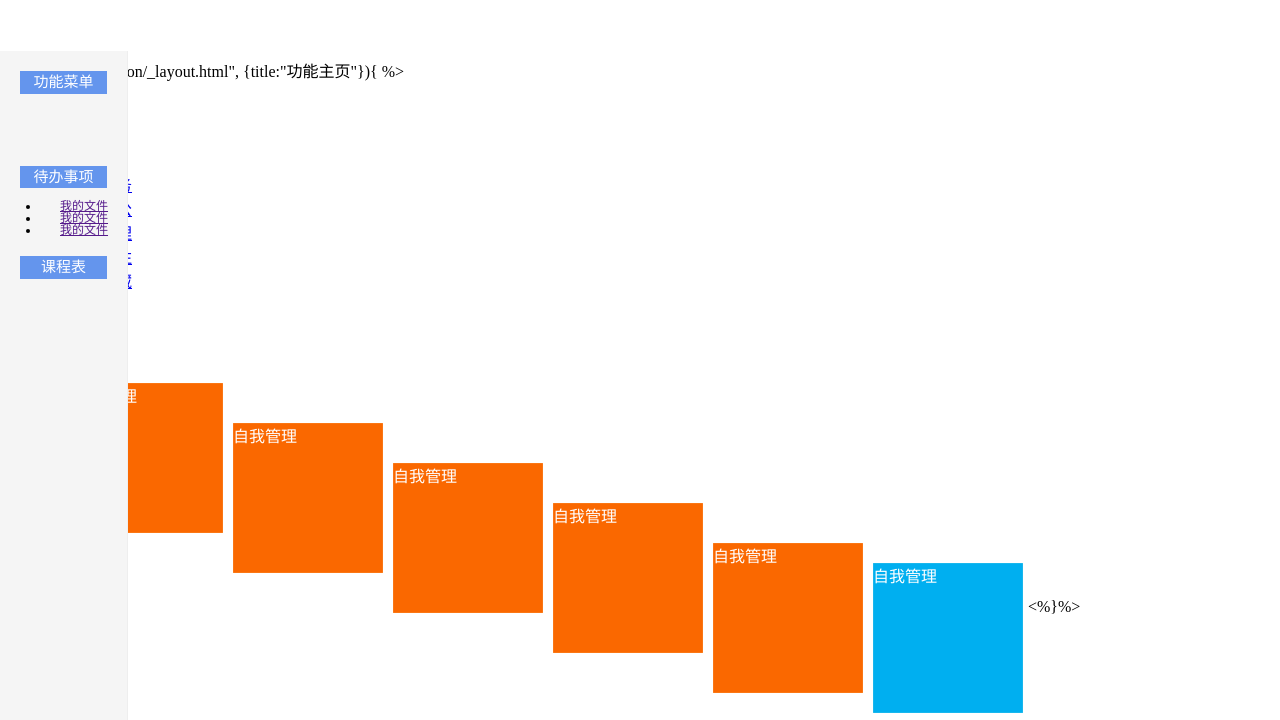
Repository: GaoChengliang/summerTask
Page: Campus_gcl/WebRoot/index/index.html
The author's editor kept a copy of each file at every save. The page is drawn from the files as they stood at one save, then again after the next save.
The browser window is 1280 px wide. The pictures show the whole page.

Above is the page before, as saved 2015-08-14 01:31:04.
Console error: ReferenceError: $ is not defined

### Campus_gcl/WebRoot/index/index.html
<%layout("/common/_layout.html", {title:"功能主页"}){ %>
<link href="/css/index/sub_index.css" rel="stylesheet"/>
<script src="/js/index/index.js"></script>
<div class="container-fluid">
	<div class="row">
        <div id="sidebar" class="col-md-2 sidebar">
      	  <div class="nav nac-sidebar font-style-background-blue">
      	  	  功能菜单
      	  </div>
      	  <br/><br/><br/><br/>
      	   <div class="nav nac-sidebar font-style-background-blue">
      	  	  待办事项
      	  </div>
          <ul class="nav nav-sidebar font-style-li">
            <li><a href="">我的文件</a></li>
            <li><a href="">我的文件</a></li>
            <li><a href="">我的文件</a></li>
          </ul>

           <div class="nav nac-sidebar font-style-background-blue">
      	  	  课程表
      	   </div>

        </div>
        <div class="col-md-10 col-md-offset-2">
        <div class="body-main">
   				<ul id="myTab" class="nav nav-tabs">
					<li class="active">
						<a href="#all" data-toggle="tab">全部</a>
					</li>
					<li>
						<a href="#education" data-toggle="tab">教学教务</a>
					</li>
					<li>
						<a href="#campus_office" data-toggle="tab">校园办公</a>
					</li>
					<li>
						<a href="#system_manage" data-toggle="tab">系统管理</a>
					</li>
					<li>
						<a href="#focus" data-toggle="tab">我的关注</a>
					</li>
					<li>
						<a href="#collection" data-toggle="tab">我的收藏</a>
					</li>
				</ul>
				<div id="myTabContent" class="tab-content">
				<div class="body-main">
					<div class="tab-pane fade in active" id="all">
					<div class="block-main">
						 <div class="tile-square bg-orange fg-white">
              		 		自我管理
        				 </div>
					</div>
					<div class="block-main">
						 <div class="tile-square bg-orange fg-white">
              		 		自我管理
        				 </div>
					</div>
					<div class="block-main">
						 <div class="tile-square bg-orange fg-white">
              		 		自我管理
        				 </div>
					</div>
					<div class="block-main">
						 <div class="tile-square bg-orange fg-white">
              		 		自我管理
        				 </div>
					</div>
					<div class="block-main">
						 <div class="tile-square bg-orange fg-white">
              		 		自我管理
        				 </div>
					</div>
					</div>

					<div class="tab-pane fade" id="education">
						 <div class="tile-square bg-blue fg-white">
              		 		自我管理
        				 </div>
					</div>
				</div>
				</div>
		</div>
        </div>
      </div>
     </div>
<%}%>

### Campus_gcl/WebRoot/css/index/sub_index.css
/*
 * Base structure
 */

/* Move down content because we have a fixed navbar that is 50px tall */
body {
	padding-top: 50px;
	padding-bottom: 20px;
}

/*
 * Global add-ons
 */
.sub-header {
	padding-bottom: 10px;
	border-bottom: 1px solid #eee;
}

/*
 * Top navigation
 * Hide default border to remove 1px line.
 */
.navbar-fixed-top {
	border: 0;
}

/*
 * Sidebar
 */

/* Hide for mobile, show later */
.sidebar {
	display: none;
}

@media ( min-width : 768px) {
	.sidebar {
		position: fixed;
		top: 51px;
		bottom: 0;
		left: 0;
		z-index: 1000;
		display: block;
		padding: 20px;
		overflow-x: hidden;
		overflow-y: auto;
		/* Scrollable contents if viewport is shorter than content. */
		background-color: #f5f5f5;
		border-right: 1px solid #eee;
	}
}

/* Sidebar navigation */
.nav-sidebar {
	margin-right: -21px; /* 20px padding + 1px border */
	margin-bottom: 20px;
	margin-left: -20px;
}

.nav-sidebar>li>a {
	padding-right: 20px;
	padding-left: 20px;
}

.nav-sidebar>.active>a, .nav-sidebar>.active>a:hover, .nav-sidebar>.active>a:focus
	{
	color: #fff;
	background-color: #428bca;
}

/*
 * Main content
 */
.main {
	padding: 20px;
}

@media ( min-width : 768px) {
	.main {
		padding-right: 40px;
		padding-left: 40px;
	}
}

.main .page-header {
	margin-top: 0;
}

/*
 * Placeholder dashboard ideas
 */
.placeholders {
	margin-bottom: 30px;
	text-align: center;
}

.placeholders h4 {
	margin-bottom: 0;
}

.placeholder {
	margin-bottom: 20px;
}

.placeholder img {
	display: inline-block;
	border-radius: 50%;
}

.font-style-big {
	font-size: 20px;
	text-align:center;
	line-height:150%;
	color: #FFF;
	font-family: "SimHei";
}

.font-style-mid {
	font-size: 12px;
	text-align:center;
	line-height:150%;
	color: #FFF;
	font-family: "SimHei";
}

.font-style-small {
	font-size: 10px;
	text-align:center;
	line-height:100%;
	color: #FFF;
}

.font-style-tiny {
	font-size: 8px;
	text-align:center;
	line-height:100%;
	color: #FFF;
}

.font-style-background-blue {
	background:#6495ED;
	font-size: 15px;
	text-align:center;
	line-height:150%;
	color: #FFF;
	font-family: "SimHei";
}

.font-style-li {
	font-size: 12px;
	text-align:center;
	line-height:100%;
}

.body-main{
	padding-top: 50px;
	padding-bottom: 20px;
	padding-left: 20px;
	padding-right: 20px;
}

.block-main{
	padding-top: 20px;
	padding-bottom: 20px;
	padding-left: 20px;
	padding-right: 20px;
}



/*
 * block
 */
.bg-black {
  background: #000000 !important;
}
.bg-white {
  background: #ffffff !important;
}
.bg-lime {
  background: #a4c400 !important;
}
.bg-green {
  background: #60a917 !important;
}
.bg-emerald {
  background: #008a00 !important;
}
.bg-teal {
  background: #00aba9 !important;
}
.bg-cyan {
  background: #1ba1e2 !important;
}
.bg-cobalt {
  background: #0050ef !important;
}
.bg-indigo {
  background: #6a00ff !important;
}
.bg-violet {
  background: #aa00ff !important;
}
.bg-pink {
  background: #dc4fad !important;
}
.bg-magenta {
  background: #d80073 !important;
}
.bg-crimson {
  background: #a20025 !important;
}
.bg-red {
  background: #ce352c !important;
}
.bg-orange {
  background: #fa6800 !important;
}
.bg-amber {
  background: #f0a30a !important;
}
.bg-yellow {
  background: #e3c800 !important;
}
.bg-brown {
  background: #825a2c !important;
}
.bg-olive {
  background: #6d8764 !important;
}
.bg-steel {
  background: #647687 !important;
}
.bg-mauve {
  background: #76608a !important;
}
.bg-taupe {
  background: #87794e !important;
}
.bg-gray {
  background: #555555 !important;
}
.bg-dark {
  background: #333333 !important;
}
.bg-darker {
  background: #222222 !important;
}
.bg-transparent {
  background: transparent !important;
}
.bg-darkBrown {
  background: #63362f !important;
}
.bg-darkCrimson {
  background: #640024 !important;
}
.bg-darkMagenta {
  background: #81003c !important;
}
.bg-darkIndigo {
  background: #4b0096 !important;
}
.bg-darkCyan {
  background: #1b6eae !important;
}
.bg-darkCobalt {
  background: #00356a !important;
}
.bg-darkTeal {
  background: #004050 !important;
}
.bg-darkEmerald {
  background: #003e00 !important;
}
.bg-darkGreen {
  background: #128023 !important;
}
.bg-darkOrange {
  background: #bf5a15 !important;
}
.bg-darkRed {
  background: #9a1616 !important;
}
.bg-darkPink {
  background: #9a165a !important;
}
.bg-darkViolet {
  background: #57169a !important;
}
.bg-darkBlue {
  background: #16499a !important;
}
.bg-lightBlue {
  background: #4390df !important;
}
.bg-lightRed {
  background: #da5a53 !important;
}
.bg-lightGreen {
  background: #7ad61d !important;
}
.bg-lighterBlue {
  background: #00ccff !important;
}
.bg-lightTeal {
  background: #45fffd !important;
}
.bg-lightOlive {
  background: #78aa1c !important;
}
.bg-lightOrange {
  background: #c29008 !important;
}
.bg-lightPink {
  background: #f472d0 !important;
}
.bg-grayDark {
  background: #333333 !important;
}
.bg-grayDarker {
  background: #222222 !important;
}
.bg-grayLight {
  background: #999999 !important;
}
.bg-grayLighter {
  background: #eeeeee !important;
}
.bg-blue {
  background: #00aff0 !important;
}
.fg-black {
  color: #000000 !important;
}
.fg-white {
  color: #ffffff !important;
}
.fg-lime {
  color: #a4c400 !important;
}
.fg-green {
  color: #60a917 !important;
}
.fg-emerald {
  color: #008a00 !important;
}
.fg-teal {
  color: #00aba9 !important;
}
.fg-cyan {
  color: #1ba1e2 !important;
}
.fg-cobalt {
  color: #0050ef !important;
}
.fg-indigo {
  color: #6a00ff !important;
}
.fg-violet {
  color: #aa00ff !important;
}
.fg-pink {
  color: #dc4fad !important;
}
.fg-magenta {
  color: #d80073 !important;
}
.fg-crimson {
  color: #a20025 !important;
}
.fg-red {
  color: #ce352c !important;
}
.fg-orange {
  color: #fa6800 !important;
}
.fg-amber {
  color: #f0a30a !important;
}
.fg-yellow {
  color: #e3c800 !important;
}
.fg-brown {
  color: #825a2c !important;
}
.fg-olive {
  color: #6d8764 !important;
}
.fg-steel {
  color: #647687 !important;
}
.fg-mauve {
  color: #76608a !important;
}
.fg-taupe {
  color: #87794e !important;
}
.fg-gray {
  color: #555555 !important;
}
.fg-dark {
  color: #333333 !important;
}
.fg-darker {
  color: #222222 !important;
}
.fg-transparent {
  color: transparent !important;
}
.fg-darkBrown {
  color: #63362f !important;
}
.fg-darkCrimson {
  color: #640024 !important;
}
.fg-darkMagenta {
  color: #81003c !important;
}
.fg-darkIndigo {
  color: #4b0096 !important;
}
.fg-darkCyan {
  color: #1b6eae !important;
}
.fg-darkCobalt {
  color: #00356a !important;
}
.fg-darkTeal {
  color: #004050 !important;
}
.fg-darkEmerald {
  color: #003e00 !important;
}
.fg-darkGreen {
  color: #128023 !important;
}
.fg-darkOrange {
  color: #bf5a15 !important;
}
.fg-darkRed {
  color: #9a1616 !important;
}
.fg-darkPink {
  color: #9a165a !important;
}
.fg-darkViolet {
  color: #57169a !important;
}
.fg-darkBlue {
  color: #16499a !important;
}
.fg-lightBlue {
  color: #4390df !important;
}
.fg-lighterBlue {
  color: #00ccff !important;
}
.fg-lightTeal {
  color: #45fffd !important;
}
.fg-lightOlive {
  color: #78aa1c !important;
}
.fg-lightOrange {
  color: #c29008 !important;
}
.fg-lightPink {
  color: #f472d0 !important;
}
.fg-lightRed {
  color: #da5a53 !important;
}
.fg-lightGreen {
  color: #7ad61d !important;
}
.fg-grayDark {
  color: #333333 !important;
}
.fg-grayDarker {
  color: #222222 !important;
}
.fg-grayLight {
  color: #999999 !important;
}
.fg-grayLighter {
  color: #eeeeee !important;
}
.fg-blue {
  color: #00aff0 !important;
}

.tile-square {
  width: 150px;
  height: 150px;
  display: block;
  float: left;
  margin: 5px;
  background-color: #eeeeee;
  box-shadow: inset 0 0 1px #FFFFCC;
  cursor: pointer;
  position: relative;
  overflow: hidden;
  -webkit-user-select: none;
     -moz-user-select: none;
      -ms-user-select: none;
          user-select: none;
  overflow: visible;
}
.tile-square:hover {
  outline: #999999 solid 3px;
}
.tile-square:active {
  outline: 0;
}
.tile-square.no-outline {
  outline-color: transparent;
}
.tile-square.small-tile {
  width: 70px;
  height: 70px;
}
.tile-square.wide-tile {
  width: 310px;
  height: 150px;
}
.tile-square.wide-tile-v {
  height: 310px;
  width: 150px;
}
.tile-square.large-tile {
  width: 310px;
  height: 310px;
}
.tile-square.big-tile {
  width: 470px;
  height: 470px;
}
.tile-square.super-tile {
  width: 630px;
  height: 630px;
}
.tile-square .tile-content.flipVertical {
  -webkit-transform: perspective(1000px);
          transform: perspective(1000px);
  overflow: visible;
}
.tile-square:hover .tile-content.flipVertical,
.tile-square.hover .tile-content.flipVertical,
.tile-square.flip .tile-content.flipVertical {
  -webkit-transform: rotateY(180deg);
          transform: rotateY(180deg);
}
.tile-square .tile-content.flipVertical {
  -webkit-transform-style: preserve-3d;
          transform-style: preserve-3d;
  transition: all 0.6s ease;
}
.tile-square .tile-content.flipVertical .slide,
.tile-square .tile-content.flipVertical .slide-over {
  top: 0;
  left: 0;
  position: absolute;
  height: 100%;
  width: 100%;
  -webkit-backface-visibility: hidden;
          backface-visibility: hidden;
}
.tile-square .tile-content.flipVertical .slide {
  z-index: 2;
  -webkit-transform: rotateY(0deg);
          transform: rotateY(0deg);
}
.tile-square .tile-content.flipVertical .slide-over {
  -webkit-transform: rotateY(180deg);
          transform: rotateY(180deg);
}
.tile-square .tile-content.flipHorizontal {
  -webkit-transform: perspective(1000px);
          transform: perspective(1000px);
  overflow: visible;
}
.tile-square:hover .tile-content.flipHorizontal,
.tile-square.hover .tile-content.flipHorizontal,
.tile-square.flip .tile-content.flipHorizontal {
  -webkit-transform: rotateX(180deg);
          transform: rotateX(180deg);
}
.tile-square .tile-content.flipHorizontal {
  -webkit-transform-style: preserve-3d;
          transform-style: preserve-3d;
  transition: all 0.6s ease;
}
.tile-square .tile-content.flipHorizontal .slide,
.tile-square .tile-content.flipHorizontal .slide-over {
  top: 0;
  left: 0;
  position: absolute;
  height: 100%;
  width: 100%;
  -webkit-backface-visibility: hidden;
          backface-visibility: hidden;
}
.tile-square .tile-content.flipHorizontal .slide {
  z-index: 2;
  -webkit-transform: rotateX(0deg);
          transform: rotateX(0deg);
}
.tile-square .tile-content.flipHorizontal .slide-over {
  -webkit-transform: rotateX(180deg);
          transform: rotateX(180deg);
}
.tile-square .tile-badge {
  position: absolute;
  bottom: 0;
  right: .625rem;
  padding: .25rem .625rem;
  z-index: 999;
}
.tile-square .tile-label {
  position: absolute;
  bottom: 0;
  left: .625rem;
  padding: .425rem .25rem;
  z-index: 999;
}

.tile-content {
  position: absolute;
  top: 0;
  left: 0;
  width: 100%;
  height: inherit;
  overflow: hidden;
  display: none;
}
.tile-content:first-child {
  display: block;
}
.tile-content .live-slide {
  position: absolute;
  height: 100%;
  width: 100%;
  top: 0;
  left: 0;
  display: none;
  overflow: hidden;
}
.tile-content .live-slide:nth-child(1) {
  display: block;
}
.tile-content.iconic .icon {
  position: absolute;
  width: 64px;
  height: 64px;
  font-size: 64px;
  top: 50%;
  margin-top: -40px;
  left: 50%;
  margin-left: -32px;
  text-align: center;
}

### Campus_gcl/WebRoot/js/index/index.js
$(document).ready(function() {
        $("a[name='min']").click(function(){
        	$("#sidebar").hide();
        	$(".col-sm-9").removeClass().addClass("col-sm-12");
        	$(".col-md-10").removeClass().addClass("col-md-12");
        	$(".col-md-offset-2").removeClass();
        	$(".col-sm-offset-3").removeClass();
        });
        $("a[name='max']").click(function(){
        	$("#sidebar").show();
        	$(".col-sm-12").removeClass().addClass("col-sm-9").addClass("col-sm-offset-3");
        	$(".col-md-12").removeClass().addClass("col-md-10").addClass("col-md-offset-2");
        });
    });

After the next save:
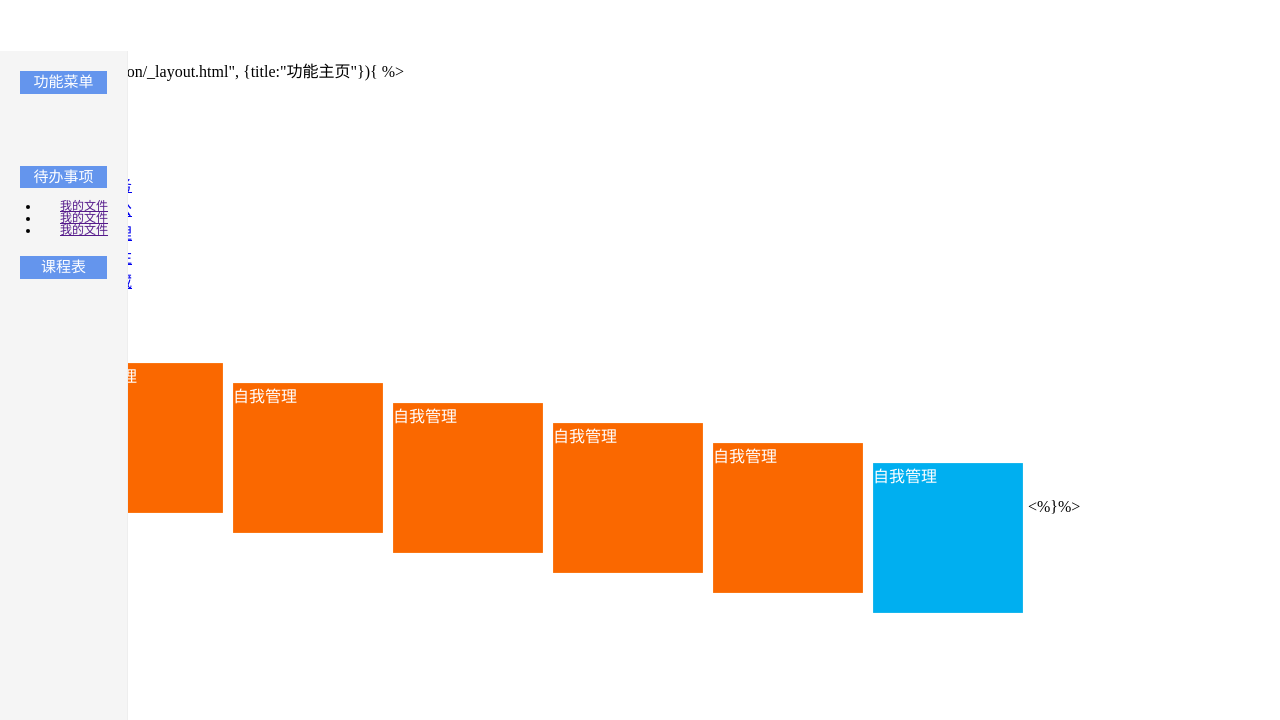
Saved 30 s later.
--- a/Campus_gcl/WebRoot/css/index/sub_index.css
+++ b/Campus_gcl/WebRoot/css/index/sub_index.css
@@ -160,7 +160,6 @@ body {
 }
 
 .block-main{
-	padding-top: 20px;
 	padding-bottom: 20px;
 	padding-left: 20px;
 	padding-right: 20px;
